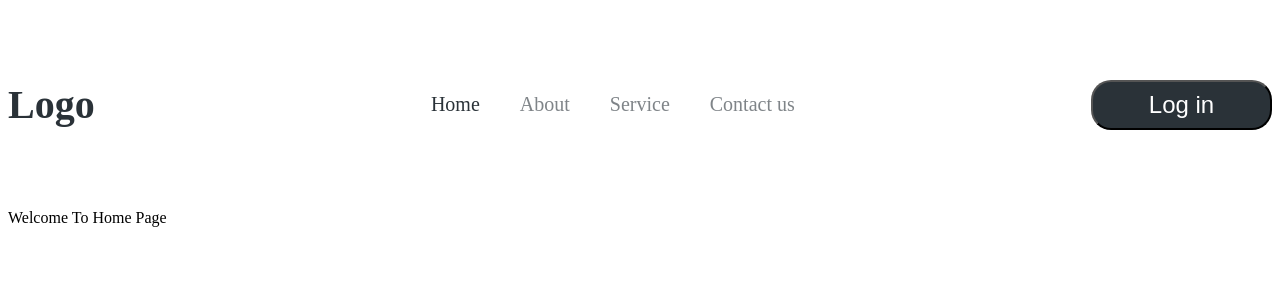
Repository: rehamtaher10/thirdReactTask
Page: /home
These files come from the project's save history. The page is drawn as it stood at one moment and after the next save; the edit follows.
The browser window is 1280 px wide. The pictures show the whole page.
The project was rebuilt for these pictures with package versions that can differ from the ones it lists, and the page was loaded fresh each time. Also part of the build but not shown: vite.config.js, src/components/AboutPage/About.jsx, src/style/contactUs.css, src/components/ContactUsPage/ContactUs.jsx, src/components/ServicePage/Service.jsx, src/components/loginPage/LoginPage.jsx.

Above is the page before, as saved 2024-12-01 22:12:03.

After the next save:
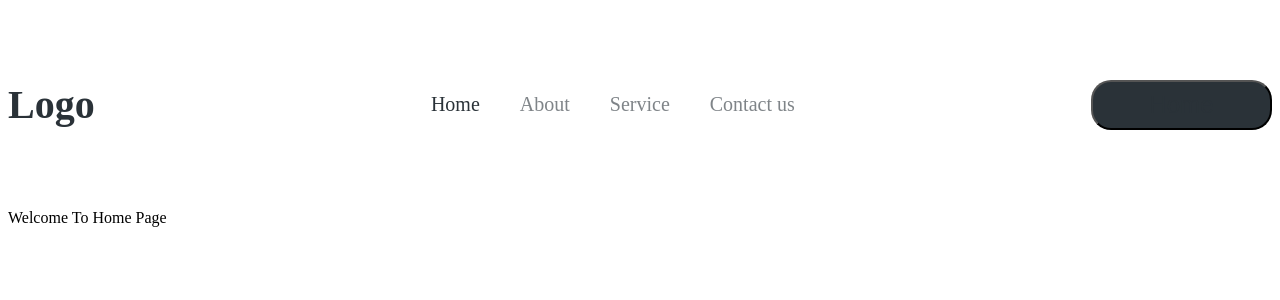
Saved 34 s later.
--- a/src/components/Navbar.jsx
+++ b/src/components/Navbar.jsx
@@ -15,7 +15,7 @@ export default function Navbar() {
                     <NavLink  to={"/contact"}>Contact us</NavLink>
                 </ul>
             </div>
-            <button>Log in</button>
+            <button><NavLink  to={"/home"}>Home</NavLink></button>
         </nav>
     </>
   )
